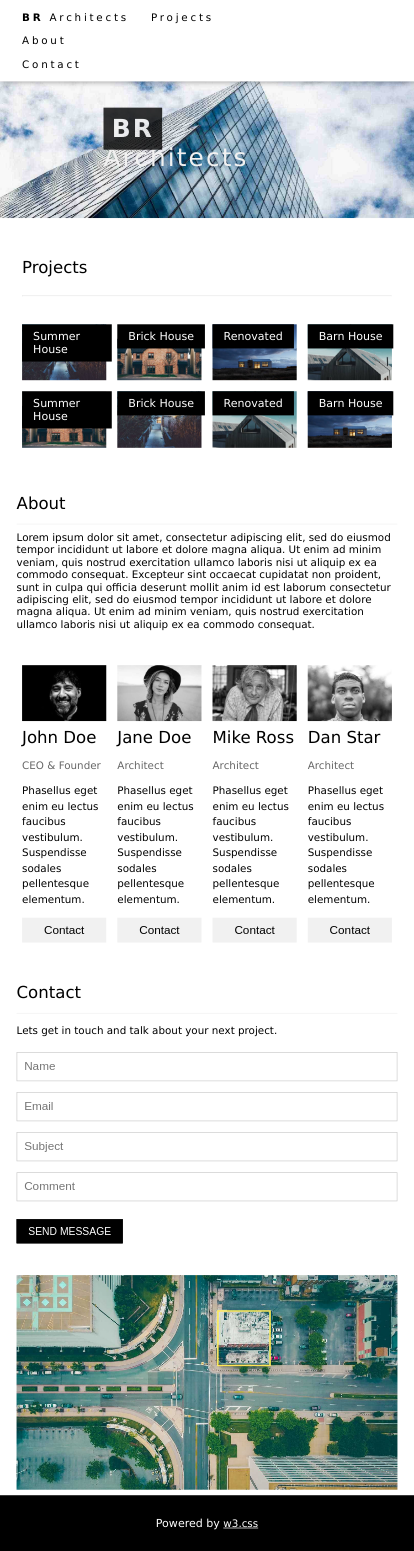
Repository: xd25vn/architects
Page: index.html
The author's editor kept a copy of each file at every save. The page is drawn from the files as they stood at one save, then again after the next save.
The browser window is 600 px wide. The pictures show the whole page, at 69% of full size.

Above is the page before, as saved 2023-08-16 17:55:56.

### index.html
<html lang="en">
<head>
    <meta charset="UTF-8">
    <meta name="viewport" content="width=device-width, initial-scale=1.0">
    <title>W3 ARCHITECT</title>
    <link rel="stylesheet" href="./assets/css/style.css">
    <link rel="stylesheet" href="./assets/css/reponsive.css">
    <link rel="stylesheet" href="./assets/fonts/themify-icons-font/themify-icons/themify-icons.css">
</head>
<body>
    <header>
            <ul id="nav">

            <div class="nav-item-left">
                <li><a href="" class="text-dec"><b>BR</b> Architects</a></li>
            </div>

            <div class="nav-item-right">
                <li><a href="" class="text-dec">Projects</a></li>
                <li><a href="" class="text-dec">About</a></li>
                <li><a href="" class="text-dec">Contact</a></li>
            </div>
            <div class="clear"></div>
            </ul>
    </header>

    <!-- BEGIN MENU MOBILE -->
    <div class="menu-mobile">
        <i class="ti-menu button-mobile"></i>
    </div>
    <!-- END MENU MOBILE -->

    <div id="sidebar">
        <h1>
            <span class="side-1"><b>BR</b></span>
            <span class="side-2">Architects</span>
        </h1>
    </div>

    <div id="content">
        <div class="projects">
            <div class="project-item-head">
                <h3>Projects</h3>
                <hr style="opacity: 0.2;">
            </div>

            <div class="projects-img">
                <div class="img-items">
                    <img src="./assets/img/projects/house1.jpg" style="width: 100%" alt="HOUSE">
                    <div class="texts">Summer House</div>
                </div>

                <div class="img-items">
                    <img src="./assets/img/projects/house2.jpg" style="width: 100%" alt="HOUSE">
                    <div class="texts">Brick House</div>
                </div>

                <div class="img-items">
                    <img src="./assets/img/projects/house3.jpg" style="width: 100%" alt="HOUSE">
                    <div class="texts">Renovated</div>
                </div>

                <div class="img-items">
                    <img src="./assets/img/projects/house4.jpg" style="width: 100%" alt="HOUSE">
                    <div class="texts">Barn House</div>
                </div>

                <div class="img-items">
                    <img src="./assets/img/projects/house2.jpg" style="width: 100%" alt="HOUSE">
                    <div class="texts">Summer House</div>
                </div>

                <div class="img-items">
                    <img src="./assets/img/projects/house1.jpg" style="width: 100%" alt="HOUSE">
                    <div class="texts">Brick House</div>
                </div>

                <div class="img-items">
                    <img src="./assets/img/projects/house4.jpg" style="width: 100%" alt="HOUSE">
                    <div class="texts">Renovated</div>
                </div>

                <div class="img-items">
                    <img src="./assets/img/projects/house3.jpg" style="width: 100%" alt="HOUSE">
                    <div class="texts">Barn House</div>
                </div>


        </div>
        </div>


        <div class="about">
            <div class="section-head">
                <h3>About</h3>
                <p>Lorem ipsum dolor sit amet, consectetur adipiscing elit, sed do eiusmod tempor incididunt ut labore et dolore magna aliqua. Ut enim ad minim veniam, quis nostrud exercitation ullamco laboris nisi ut aliquip ex ea commodo consequat. Excepteur sint occaecat cupidatat non proident, sunt in culpa qui officia deserunt mollit anim id est laborum consectetur adipiscing elit, sed do eiusmod tempor incididunt ut labore et dolore magna aliqua. Ut enim ad minim veniam, quis nostrud exercitation ullamco laboris nisi ut aliquip ex ea commodo consequat.</p>
            </div>

            <div class="section-list-contact">
            <div class="section-imgs">
                <div class="imgs-contact">
                    <img src="./assets/img/contact/team1.jpg" style="width: 100%;" alt="CONTACT">

                    <div class="text-contact">
                        <h3>John Doe</h3>
                        <p class="position-design">CEO & Founder</p>
                        <p>Phasellus eget enim eu lectus faucibus vestibulum. Suspendisse sodales pellentesque elementum.</p>
                        <button><a href="">Contact</a></button>
                    </div>
                </div>
            </div>

            <div class="section-imgs">
                <div class="imgs-contact">
                    <img src="./assets/img/contact/team2.jpg" style="width: 100%;" alt="CONTACT">

                    <div class="text-contact">
                        <h3>Jane Doe</h3>
                        <p class="position-design">Architect</p>
                        <p>Phasellus eget enim eu lectus faucibus vestibulum. Suspendisse sodales pellentesque elementum.</p>
                        <button><a href="">Contact</a></button>
                    </div>
                </div>
            </div>

            <div class="section-imgs">
                <div class="imgs-contact">
                    <img src="./assets/img/contact/team3.jpg" style="width: 100%;" alt="CONTACT">

                    <div class="text-contact">
                        <h3>Mike Ross</h3>
                        <p class="position-design">Architect</p>
                        <p>Phasellus eget enim eu lectus faucibus vestibulum. Suspendisse sodales pellentesque elementum.</p>
                        <button><a href="">Contact</a></button>
                    </div>
                </div>
            </div>

            <div class="section-imgs">
                <div class="imgs-contact">
                    <img src="./assets/img/contact/team4.jpg" style="width: 100%;" alt="CONTACT">

                    <div class="text-contact">
                        <h3>Dan Star</h3>
                        <p class="position-design">Architect</p>
                        <p>Phasellus eget enim eu lectus faucibus vestibulum. Suspendisse sodales pellentesque elementum.</p>
                        <button><a href="">Contact</a></button>
                    </div>
                </div>
            </div>
        </div>
        </div>

        <div class="contact">
            <div class="text-head">
                <h3>Contact</h3>
                <p>Lets get in touch and talk about your next project.</p>
            </div>
            <form action="">
            <div class="input-form">
                <input type="text" class="form-control" placeholder="Name" required>

                <input type="email" class="form-control" placeholder="Email" required>

                <input type="text" class="form-control" placeholder="Subject" required>

                <input type="text" class="form-control" placeholder="Comment" required>
            </div>
            <input type="submit" class="btn-submit" value="SEND MESSAGE">
        </form>

        <div class="img-cuoi">
            <img src="./assets/img/map.jpg" alt="MAP" style="width: 100%;">
        </div>
        </div>
        <footer>
            <div class="text-foot">
                <p>Powered by <a href="">w3.css</a></p>
            </div>
        </footer>
    </div>
</body>
</html>

### assets/css/style.css
/* RESET CSS */
* {
    margin: 0;
    padding: 0;
    box-sizing: border-box;
}
/* END RESET CSS */

/* COMMON */
html {
    font-family: Verdana, sans-serif;
}

.text-dec {
    text-decoration: none;
    color: #000;
}

.clear {
    clear: both;
}
/* END COMMON */

#nav {
    background: #fff;
    box-shadow: 0 0 10px rgba(0, 0, 0, 0.6);
    padding: 8px 16px;
    width: 100%;
    position: fixed;
    z-index: 1;
}

#nav li {
    display: flex;
    list-style: none;
    font-size: 15px;
}

#nav .nav-item-left {
    float: left;
}

#nav .nav-item-left li {
    padding: 8px 16px;
    letter-spacing: 4px;
}

#nav .nav-item-left li:hover {
    background: #ccc;
    display: block;
}

#nav .nav-item-right {
    float: right;
    display: flex;
    justify-content: space-between;
    letter-spacing: 4px;
}

#nav .nav-item-right li {
    padding: 8px 16px;
}

#nav .nav-item-right li:hover {
    background: #ccc;
    display: block;
}

#sidebar {
    background: url(/assets/img/sidebar1.jpg) left top / cover no-repeat;
    padding-top: 50%;
    position: relative;
}

#sidebar h1 {
    position: absolute;
    color: #f1f1f1;
    left: 50%;
    top: 50%;
    transform: translateX(-50%);
    font-weight: 500;
    font-size: 36px;
}

#sidebar .side-1 {
    background: #000;
    padding: 10px 12px;
    opacity: 0.8;
    letter-spacing: 3px;
}

#sidebar .side-2 {
    letter-spacing: 3px;
}

#content .projects {
    padding: 0 24px;
}

#content .project-item-head {
    padding: 32px 8px;
}

#content .project-item-head h3 {
   padding: 16px 0;
   margin: 10px 0;
   font-weight: 400;
   font-size: 24px;
}

.projects-img {
    display: flex;
    flex-wrap: wrap;
    justify-content: space-between;
}

.img-items {
    width: calc(100% / 4);
    height: auto;
    padding: 8px 8px;
    position: relative;
}

.projects .projects-img .texts {
    position: absolute;
    top: 8;
    left: 8;
    background: #000;
    color: #fff;
    padding: 8px 16px;
}

.about .section-head {
    padding: 32px 24px;
    padding-bottom: 50px;
}

.about .section-head h3 {
    font-size: 24px;
    font-weight: 400;
    border-bottom: 1px solid #f1f1f1;
    padding: 16px 0;
    margin: 10px 0;
}

.about .section-head p {
    font-size: 15px;
    font-weight: normal;
}

.about .section-list-contact .section-imgs {
    width: 25%;
    padding: 0 8px;
}

.about .section-list-contact {
    display: flex;
    padding: 0 24px;
}

.section-list-contact .section-imgs .imgs-contact img {
    -webkit-filter: grayscale(1);
    filter: grayscale(1);
}

.section-list-contact .section-imgs:hover img {
    -webkit-filter: grayscale(0);
    filter: grayscale(0);
    transition: all 0.25s linear;
}

.section-list-contact .section-imgs .text-contact h3 {
    font-weight: 400;
    font-size: 24px;
    margin: 10px 0;
}

.section-list-contact .section-imgs .text-contact .position-design {
    opacity: 0.6;
}

.section-list-contact .section-imgs .text-contact p {
    margin: 15px 0;
    font-size: 15px;
    line-height: 1.5;
}

.section-list-contact .section-imgs button {
    padding: 8px 16px;
    width: 100%;
    border: none;
    background: #f1f1f1;
    font-size: 17px;
}

.section-list-contact .section-imgs button:hover {
    background: #ccc;
    cursor: pointer;
}

.section-list-contact .section-imgs button a {
    color: #000;
    text-decoration: none;
    text-align: center;
}

#content .contact {
    padding: 32px 24px;
}

.contact .text-head h3 {
    border-bottom: 1px solid #f1f1f1;
    padding: 16px 0;
    margin: 10px 0;
    font-size: 24px;
    font-weight: 400;
}

.contact .text-head p {
    margin: 15px 0;
    font-size: 15px;
}

.contact .input-form .form-control {
    width: 100%;
    padding: 10px;
    border: 1px solid #ccc;
    outline: none;
    margin: 8px 0;
    font-size: 17px;
}

.contact form .btn-submit {
    background: #000;
    color: white;
    font-size: 15px;
    margin: 18px 0;
    padding: 8px 16px;
    border: 1px solid #000;
}

.contact form .btn-submit:hover {
    cursor: pointer;
    background-color: #ccc;
    color: #000;
    border: 1px solid #ccc;
    transition: all 0.25s linear;
}

.contact .img-cuoi {
    margin-top: 28px;
}

.contact .img-cuoi img {
    background-repeat: no-repeat;
    height: auto;
}

footer {
    background: #000;
    width: 100%;
    padding: 16px 0;
    margin-top: -24px;
}

footer .text-foot {
    margin: 15px 0;
    text-align: center;
    color: white;
}

footer .text-foot a {
    color: #fff;
    font-size: 15px;
}

footer .text-foot a:hover {
    color: green;
}

### assets/css/reponsive.css
@media (min-width: 1024px) {

}

@media (min-width: 740px) and (max-width: 1023px) {

}

@media (max-width: 739px) {
    #nav .nav-item-right {
        display: block;
        float: none;
    }
}

Loaded but not shown: assets/fonts/themify-icons-font/themify-icons/themify-icons.css (common file)

After the next save:
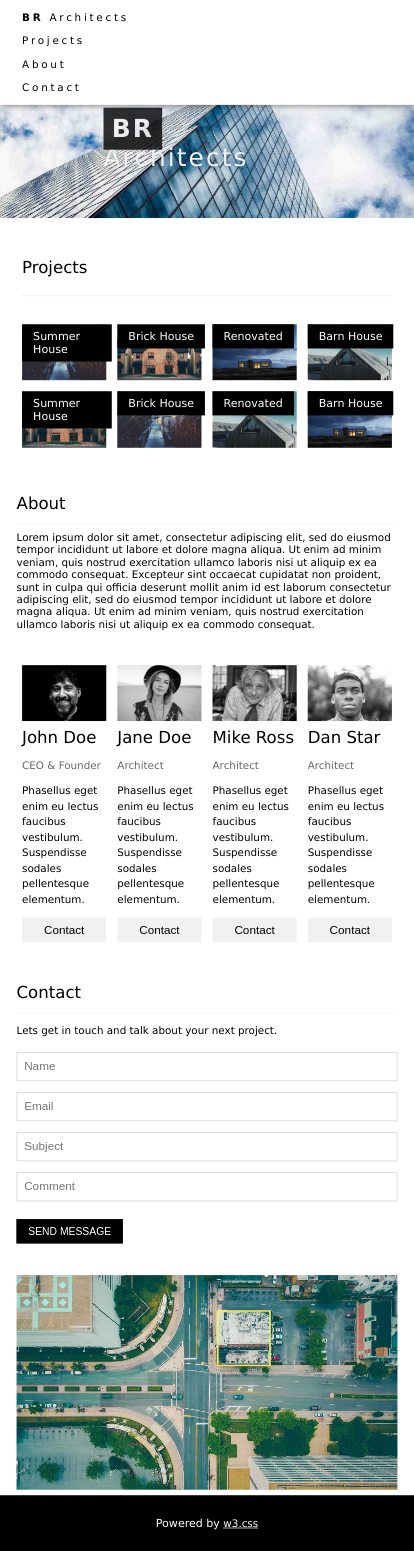
Saved 115 s later.
--- a/assets/css/reponsive.css
+++ b/assets/css/reponsive.css
@@ -11,4 +11,8 @@
         display: block;
         float: none;
     }
+
+    #nav .nav-item-right li {
+        width: 100%;
+    }
 }
